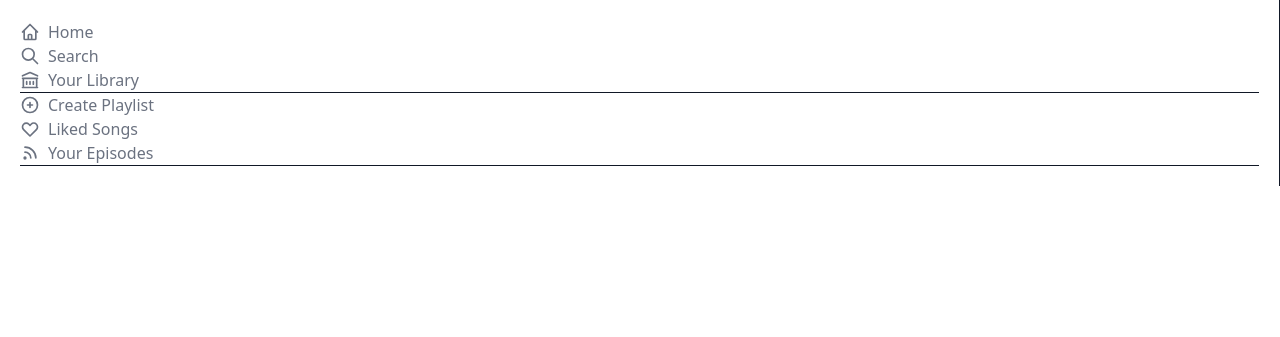
Repository: SehajBindra/Spotify-clone
Page: /
The author's editor kept a copy of each file at every save. The page is drawn from the files as they stood at one save, then again after the next save.
The browser window is 1280 px wide. The pictures show the whole page.
The project was rebuilt for these pictures with package versions that can differ from the ones it lists, and the page was loaded fresh each time. The framework's server and built-in components were replaced by stand-ins that run in the browser. Also part of the build but not shown: next.config.js, styles/Home.module.css.

Above is the page before, as saved 2022-07-08 16:08:50.

### pages/index.js
import styles from "../styles/Home.module.css";
import Head from "next/head";
import Sidebar from "../components/Sidebar";

export default function Home() {
  return (
    <div>
      <Head>
        <title>Spotify</title>
        <meta name="description" content="Generated by create next app" />
        <link rel="icon" href="/favicon.ico" />
      </Head>

      <main>
        <Sidebar />
        {/* center */}
      </main>

      <div>{/* footer */}</div>
    </div>
  );
}

### components/Sidebar.js
import React from "react";
import {
  HeartIcon,
  HomeIcon,
  LibraryIcon,
  PlusCircleIcon,
  RssIcon,
  SearchIcon,
} from "@heroicons/react/outline";

function Sidebar() {
  return (
    <div className=" text-gray-500 p-5  border-r  border-gray-900">
      {" "}
      <button className="flex items-center space-x-2 hover:text-white">
        <HomeIcon className="h-5 w-5" />
        <p>Home</p>
      </button>
      <button className="flex items-center space-x-2 hover:text-white">
        <SearchIcon className="h-5 w-5" />
        <p>Search</p>
      </button>
      <button className="flex items-center space-x-2 hover:text-white">
        <LibraryIcon className="h-5 w-5" />
        <p>Your Library</p>
      </button>
      <hr className=" border-t [0.1px] border-gray-900" />
      <button className="flex items-center space-x-2 hover:text-white">
        <PlusCircleIcon className="h-5 w-5" />
        <p>Create Playlist</p>
      </button>
      <button className="flex items-center space-x-2 hover:text-white">
        <HeartIcon className="h-5 w-5" />
        <p>Liked Songs</p>
      </button>
      <button className="flex items-center space-x-2 hover:text-white">
        <RssIcon className="h-5 w-5" />
        <p>Your Episodes</p>
      </button>
      <hr className=" border-t [0.1px] border-gray-900" />
    </div>
  );
}

export default Sidebar;

Loaded but not shown: pages/_app.js (common file); styles/globals.css (common file); tailwind.config.js (common file)

After the next save:
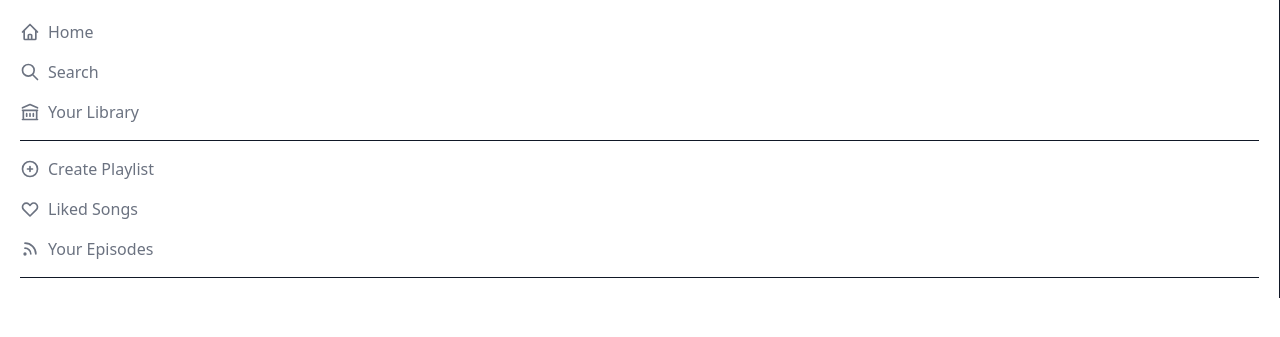
Saved 69 s later.
--- a/components/Sidebar.js
+++ b/components/Sidebar.js
@@ -11,33 +11,35 @@ import {
 function Sidebar() {
   return (
     <div className=" text-gray-500 p-5  border-r  border-gray-900">
-      {" "}
-      <button className="flex items-center space-x-2 hover:text-white">
-        <HomeIcon className="h-5 w-5" />
-        <p>Home</p>
-      </button>
-      <button className="flex items-center space-x-2 hover:text-white">
-        <SearchIcon className="h-5 w-5" />
-        <p>Search</p>
-      </button>
-      <button className="flex items-center space-x-2 hover:text-white">
-        <LibraryIcon className="h-5 w-5" />
-        <p>Your Library</p>
-      </button>
-      <hr className=" border-t [0.1px] border-gray-900" />
-      <button className="flex items-center space-x-2 hover:text-white">
-        <PlusCircleIcon className="h-5 w-5" />
-        <p>Create Playlist</p>
-      </button>
-      <button className="flex items-center space-x-2 hover:text-white">
-        <HeartIcon className="h-5 w-5" />
-        <p>Liked Songs</p>
-      </button>
-      <button className="flex items-center space-x-2 hover:text-white">
-        <RssIcon className="h-5 w-5" />
-        <p>Your Episodes</p>
-      </button>
-      <hr className=" border-t [0.1px] border-gray-900" />
+      <div className=" space-y-4">
+        {" "}
+        <button className="flex items-center space-x-2 hover:text-white">
+          <HomeIcon className="h-5 w-5" />
+          <p>Home</p>
+        </button>
+        <button className="flex items-center space-x-2 hover:text-white">
+          <SearchIcon className="h-5 w-5" />
+          <p>Search</p>
+        </button>
+        <button className="flex items-center space-x-2 hover:text-white">
+          <LibraryIcon className="h-5 w-5" />
+          <p>Your Library</p>
+        </button>
+        <hr className=" border-t [0.1px] border-gray-900" />
+        <button className="flex items-center space-x-2 hover:text-white">
+          <PlusCircleIcon className="h-5 w-5" />
+          <p>Create Playlist</p>
+        </button>
+        <button className="flex items-center space-x-2 hover:text-white">
+          <HeartIcon className="h-5 w-5" />
+          <p>Liked Songs</p>
+        </button>
+        <button className="flex items-center space-x-2 hover:text-white">
+          <RssIcon className="h-5 w-5" />
+          <p>Your Episodes</p>
+        </button>
+        <hr className=" border-t [0.1px] border-gray-900" />
+      </div>
     </div>
   );
 }
